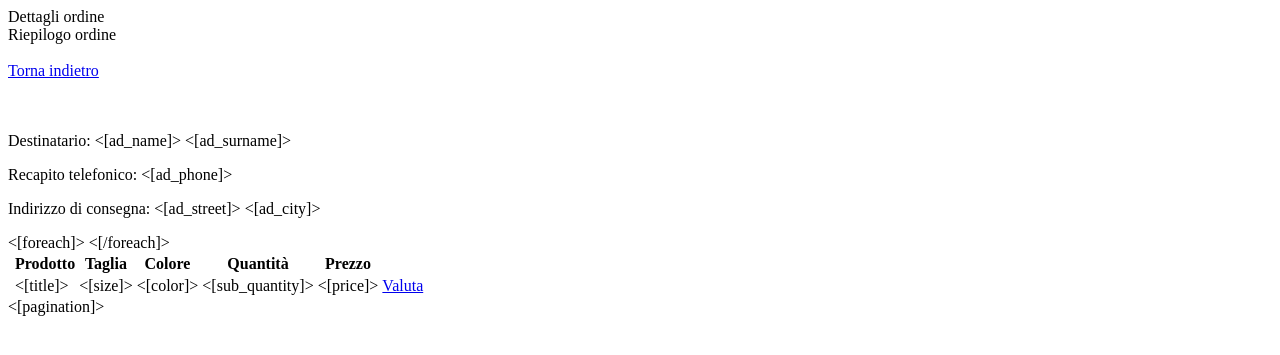
Repository: i4c0ni99/MotorShop
Page: skins/motor-html-package/motor/my-orders.html
An editor plug-in stored every save of this project. The page is shown before and after a run of saves, followed by the edit.
The browser window is 1280 px wide. The pictures show the whole page.

Above is the page before, as saved 2024-10-22 10:02:10.

After the next 8 saves:
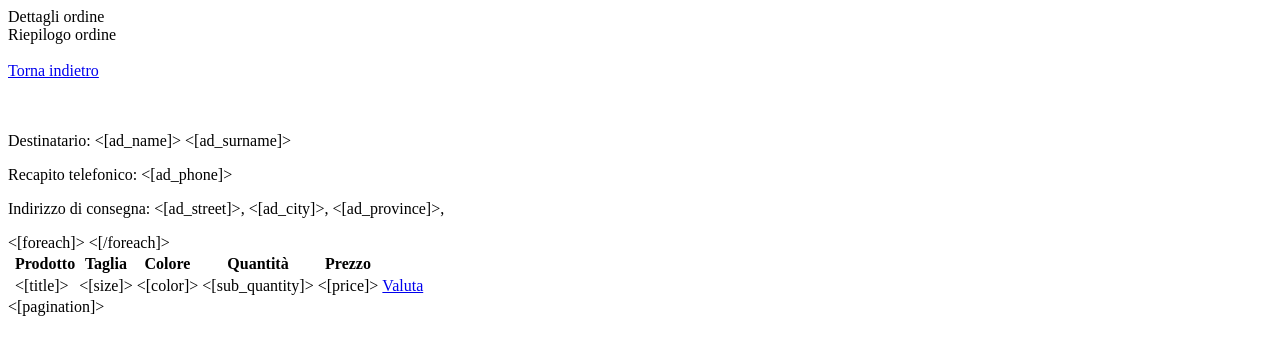
The 8 saves are shown as one change because they came seconds apart.
The last was saved 20 s later.
--- a/skins/motor-html-package/motor/my-orders.html
+++ b/skins/motor-html-package/motor/my-orders.html
@@ -31,7 +31,7 @@
                             <br>
                             <p>Destinatario: <[ad_name]> <[ad_surname]></p>
                             <p>Recapito telefonico: <[ad_phone]></p>
-                            <p>Indirizzo di consegna: <[ad_street]> <[ad_city]></p>
+                            <p>Indirizzo di consegna: <[ad_street]>, <[ad_city]>, <[ad_province]>,</p>
                             <div class="table-responsive table-desi">
                                 <table class="all-package coupon-table table table-striped">
                                     <thead>
